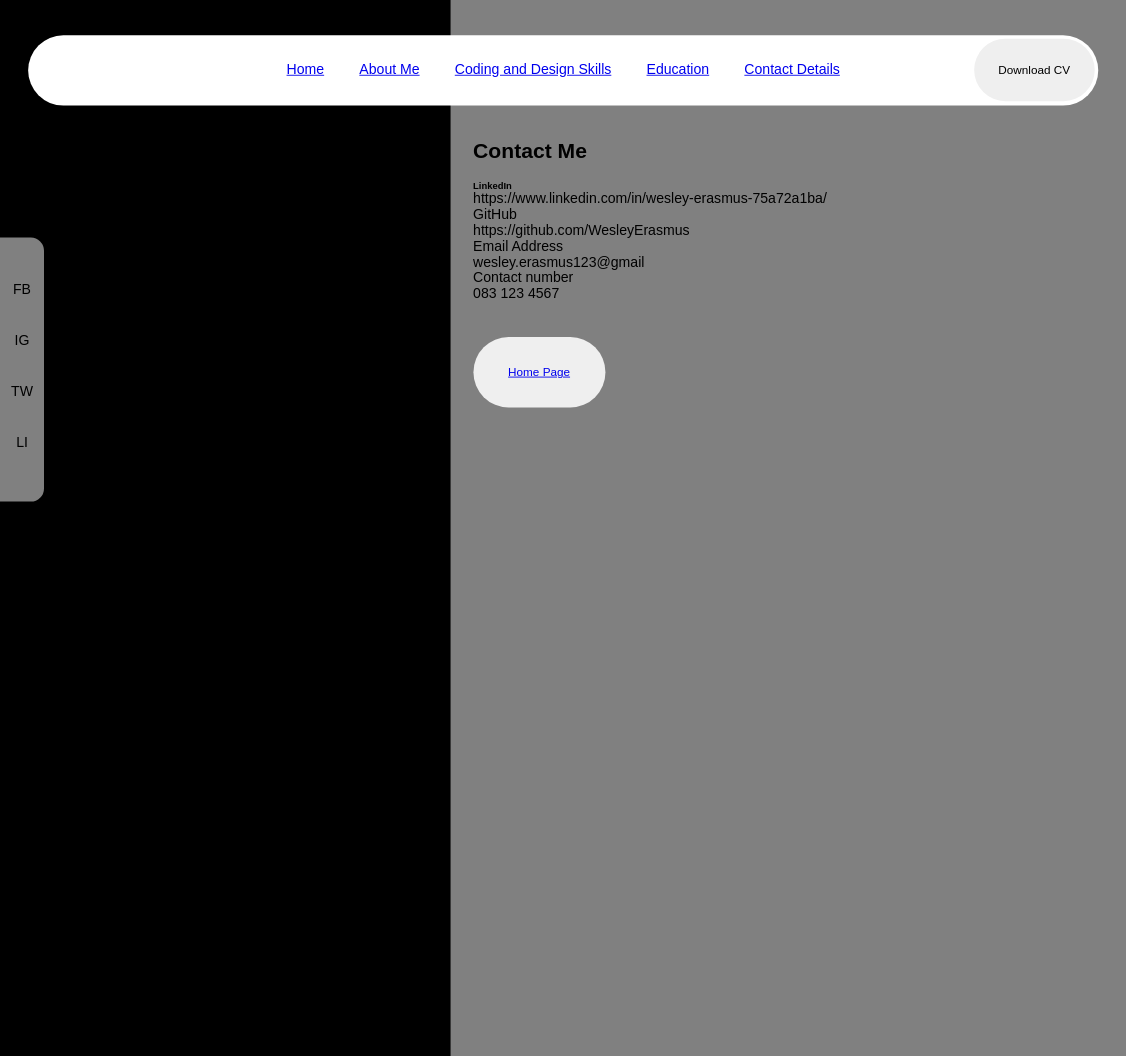
Repository: WesleyErasmus/MyDigitalResume-4
Page: contact.html
The author's editor kept a copy of each file at every save. The page is drawn from the files as they stood at one save, then again after the next save.
The browser window is 1280 px wide. The pictures show the whole page, at 88% of full size.

Above is the page before, as saved 2022-02-19 23:54:55.

After the next save:
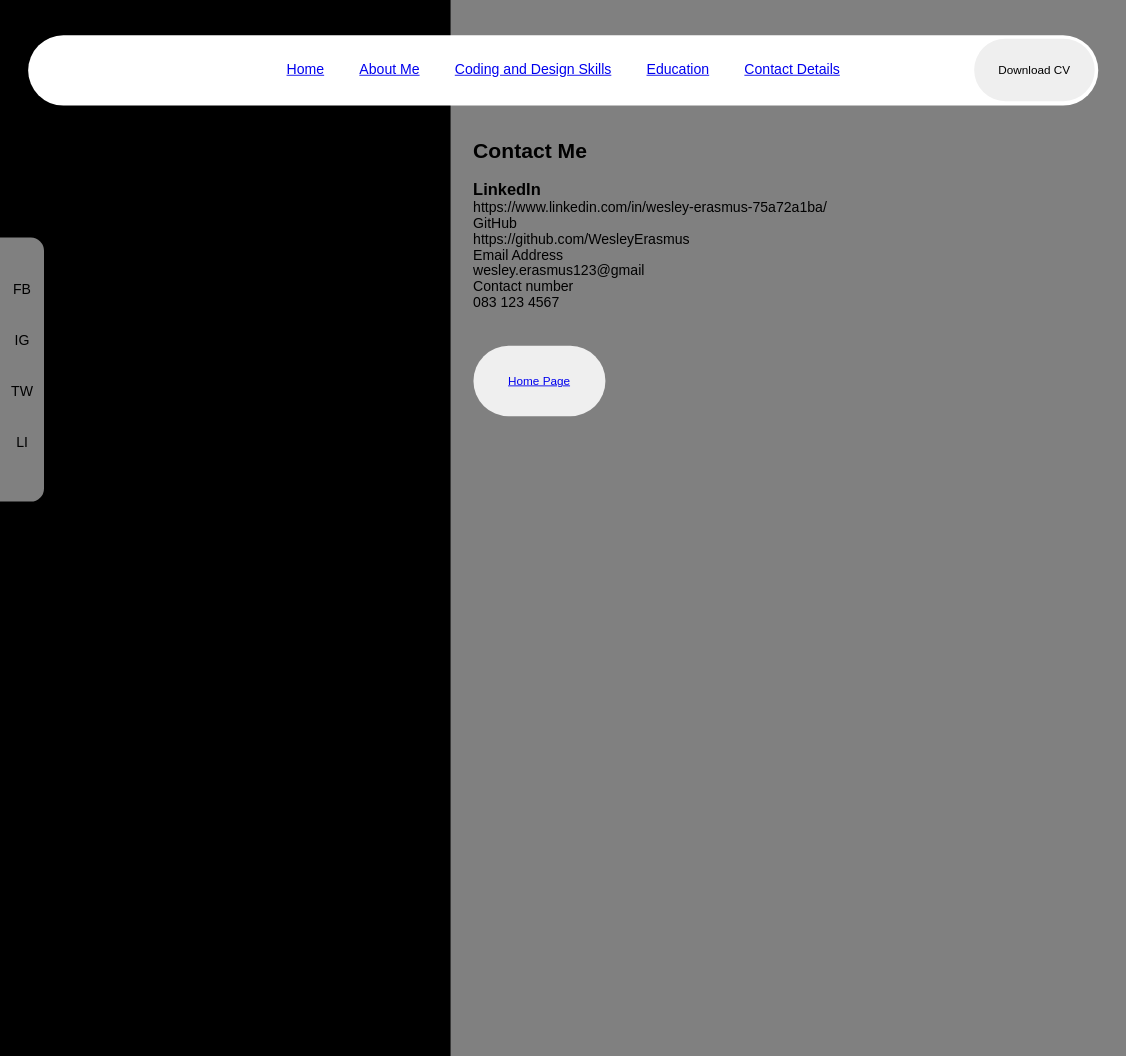
Saved 13 s later.
--- a/contact.html
+++ b/contact.html
@@ -41,7 +41,7 @@
              <h1 ID="title">Contact Me</h1>
             <div class="contact-details">
                 <dl>
-                    <h6>LinkedIn</h6>
+                    <h3>LinkedIn</h3>
                     <p>https://www.linkedin.com/in/wesley-erasmus-75a72a1ba/</p>
                     <dt>GitHub</dt>
                     <dd>https://github.com/WesleyErasmus</dd>
